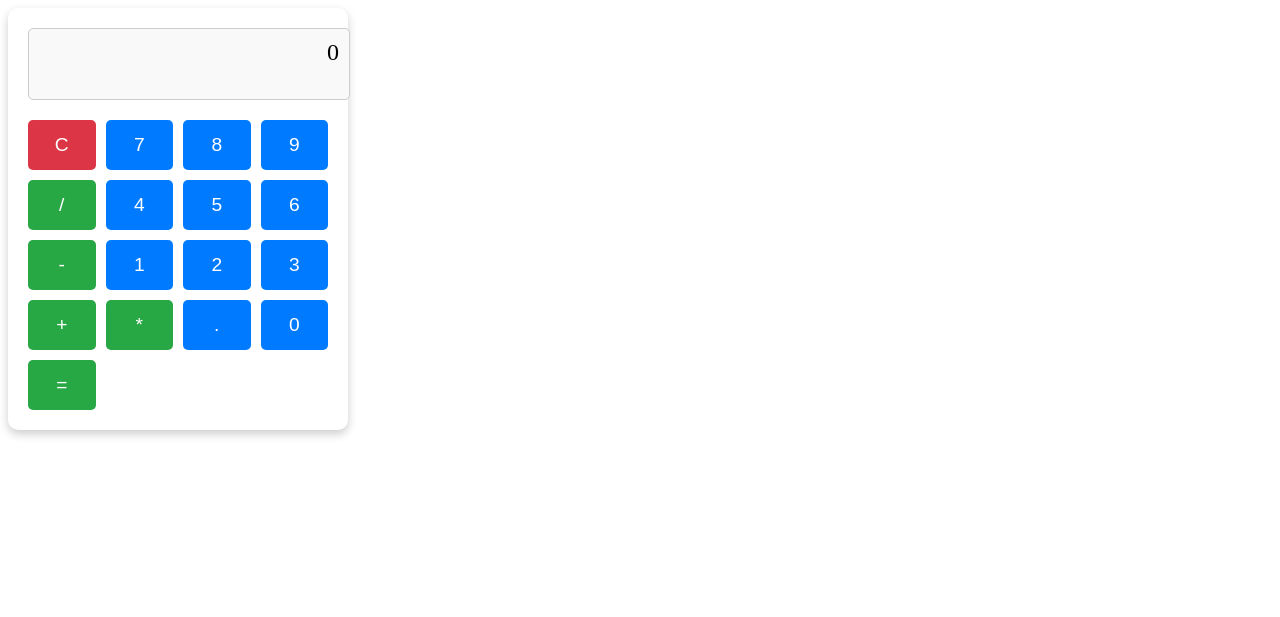
Repository: alizey12/calculator
Page: index.html
An editor plug-in stored every save of this project. The page is shown before and after the next save, followed by the edit.
The browser window is 1280 px wide. The pictures show the whole page.

Above is the page before, as saved 2024-11-23 20:32:54.

### index.html
<!DOCTYPE html>
<html lang="en">
<head>
    <meta charset="UTF-8">
    <meta name="viewport" content="width=device-width, initial-scale=1.0">
    <title>Simple Calculator</title>
    <link rel="stylesheet" href="styles.css">
    <body>


</head>
<body>
    <div class="calculator">
        <div class="display" id="display">0</div>
        <div class="buttons">
            <button onclick="clearDisplay()" class="btn" id="clear">C</button>
            <button onclick="appendValue('7')" class="btn">7</button>
            <button onclick="appendValue('8')" class="btn">8</button>
            <button onclick="appendValue('9')" class="btn">9</button>
            <button onclick="operate('/')" class="btn operator">/</button>
            <button onclick="appendValue('4')" class="btn">4</button>
            <button onclick="appendValue('5')" class="btn">5</button>
            <button onclick="appendValue('6')" class="btn">6</button>
            <button onclick="operate('-')" class="btn operator">-</button>
            <button onclick="appendValue('1')" class="btn">1</button>
            <button onclick="appendValue('2')" class="btn">2</button>
            <button onclick="appendValue('3')" class="btn">3</button>
            <button onclick="operate('+')" class="btn operator">+</button>
            <button onclick="operate('*')" class="btn operator">*</button>
            <button onclick="appendValue('.')" class="btn">.</button>
            <button onclick="appendValue('0')" class="btn">0</button>
            <button onclick="calculate()" class="btn operator" id="equals">=</button>
        </div>
    </div>

    <script src="script.js">

    </script>
</body>
</html>

### styles.css
{
    font-family: Arial, sans-serif;
    display: flex;
    justify-content: center;
    align-items: center;
    height: 100vh;
    background-color: #f0f0f0;
    margin: 0;
}

.calculator {
    background: #fff;
    border-radius: 10px;
    padding: 20px;
    box-shadow: 0 4px 10px rgba(0, 0, 0, 0.2);
    width: 300px;
}

.display {
    width: 100%;
    height: 50px;
    margin-bottom: 20px;
    font-size: 1.5rem;
    text-align: right;
    border: 1px solid #ccc;
    border-radius: 5px;
    background: #f9f9f9;
    padding: 10px;
    overflow-x: auto;
}

.buttons {
    display: grid;
    grid-template-columns: repeat(4, 1fr);
    gap: 10px;
}

.btn {
    height: 50px;
    font-size: 1.2rem;
    border: none;
    border-radius: 5px;
    background: #007bff;
    color: white;
    cursor: pointer;
    transition: background 0.2s;
}

.btn:hover {
    background: #0056b3;
}

.btn.operator {
    background: #28a745;
}

.btn.operator:hover {
    background: #1e7e34;
}

.btn#clear {
    background: #dc3545;
}

.btn#clear:hover {
    background: #a71d2a;
}

### script.js
let displayValue = '';

function appendValue(value) {
    if (displayValue === '0' || displayValue === 'Error') {
        displayValue = value;
    } else {
        displayValue += value;
    }
    updateDisplay();
}

function operate(operator) {
    if (displayValue === 'Error') return;

    displayValue += ` ${operator} `;
    updateDisplay();
}

function clearDisplay() {
    displayValue = '0';
    updateDisplay();
}

function calculate() {
    try {
        // Evaluate the expression
        displayValue = eval(displayValue).toString();
    } catch {
        displayValue = 'Error';
    }
    updateDisplay();
}

function updateDisplay() {
    document.getElementById('display').textContent = displayValue;
}

After the next save:
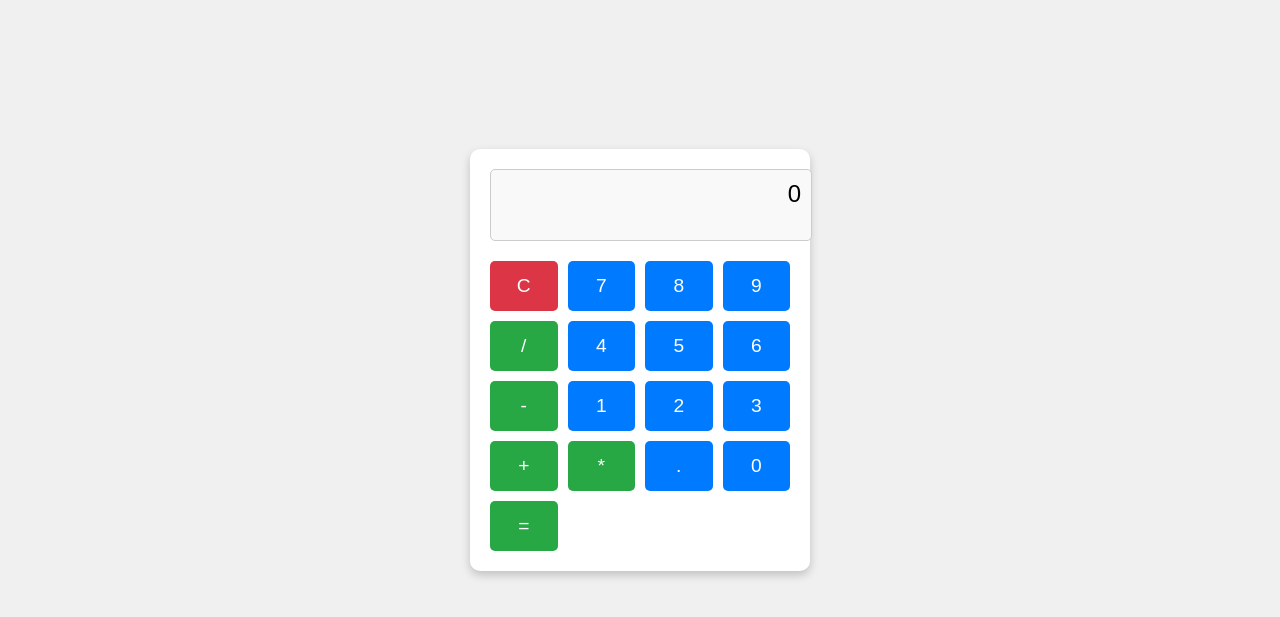
Saved 15 s later.
--- a/styles.css
+++ b/styles.css
@@ -1,4 +1,4 @@
-{
+body{
     font-family: Arial, sans-serif;
     display: flex;
     justify-content: center;
